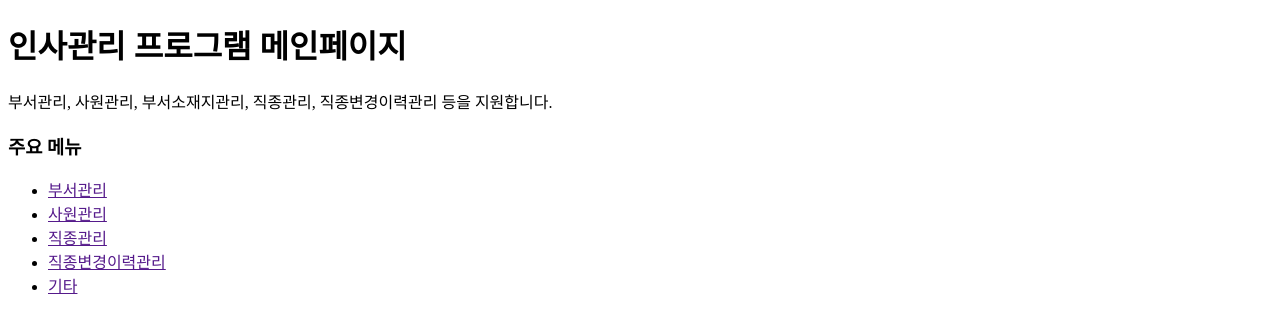
Repository: onuo77/ja_HTA
Page: http://localhost/sample/hr/main.jsp
These files come from the project's save history. The page is drawn as it stood at one moment and after the next save; the edit follows.
The browser window is 1280 px wide. The pictures show the whole page.
The page is served by Tomcat 9.

Above is the page before, as saved 2021-05-20 07:40:14.

After the next save:
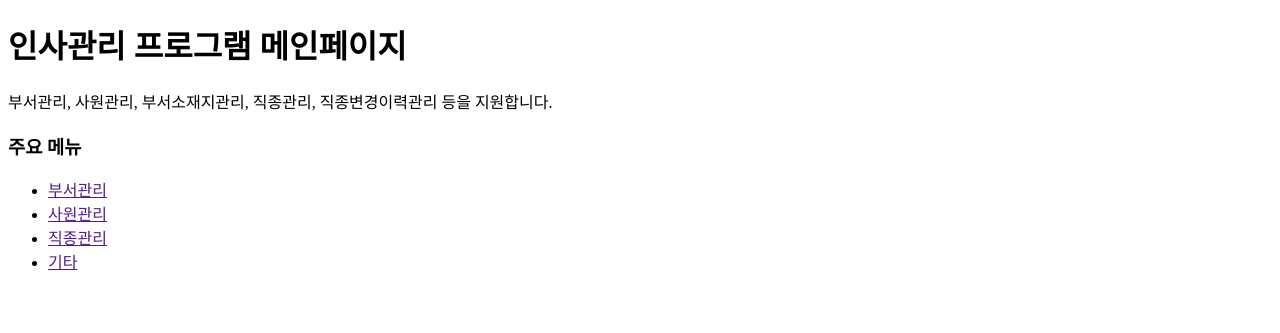
Saved 2 min 45 s later.
--- a/java-web/sample/src/main/webapp/hr/main.jsp
+++ b/java-web/sample/src/main/webapp/hr/main.jsp
@@ -17,7 +17,6 @@
 		<li><a href="">부서관리</a></li>
 		<li><a href="">사원관리</a></li>
 		<li><a href="">직종관리</a></li>
-		<li><a href="">직종변경이력관리</a></li>
 		<li><a href="">기타</a></li>
 	</ul>
 </body>
